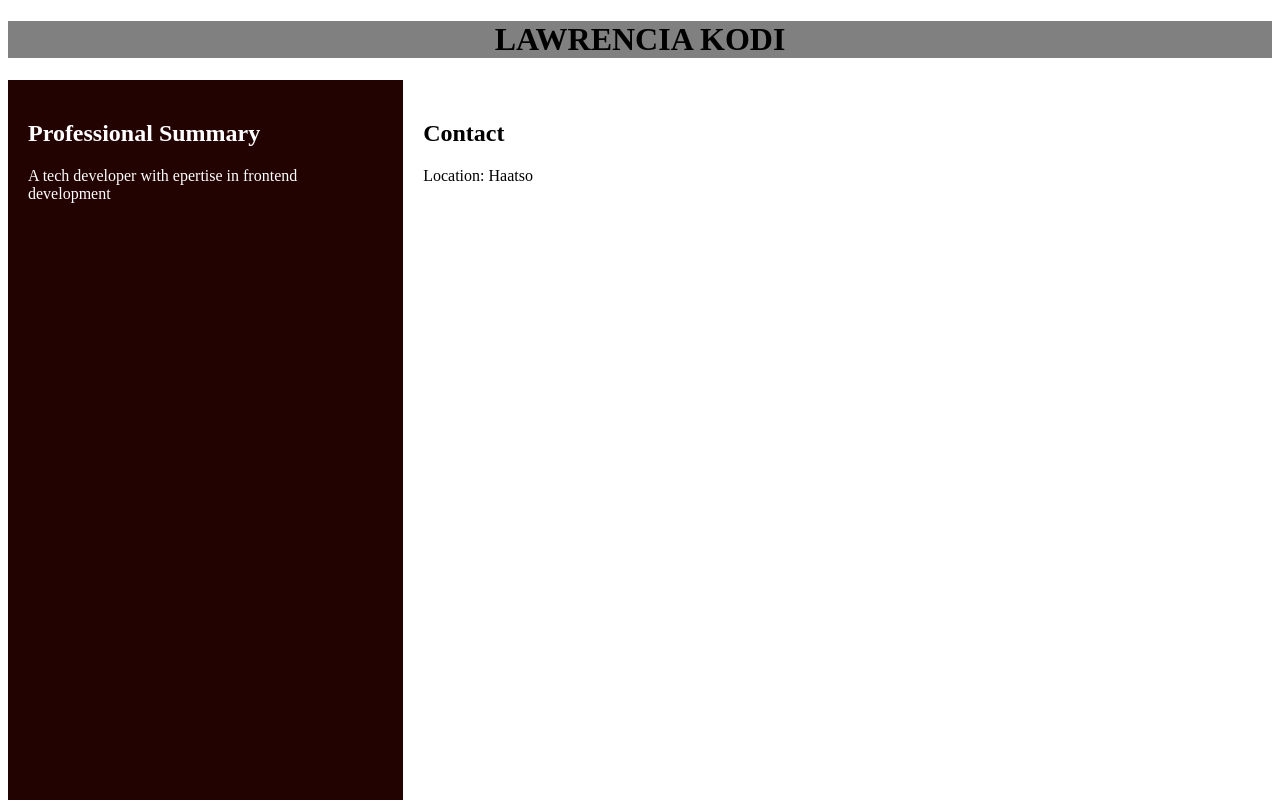
Repository: lawrencia-coder/T4G_CV
Page: index.html
The author's editor kept a copy of each file at every save. The page is drawn from the files as they stood at one save, then again after a run of saves.
The browser window is 1280 px wide. The pictures show the whole page.
Some web libraries are served in a nearby version.

Above is the page before, as saved 2026-07-09 07:29:40.

After the next 2 saves:
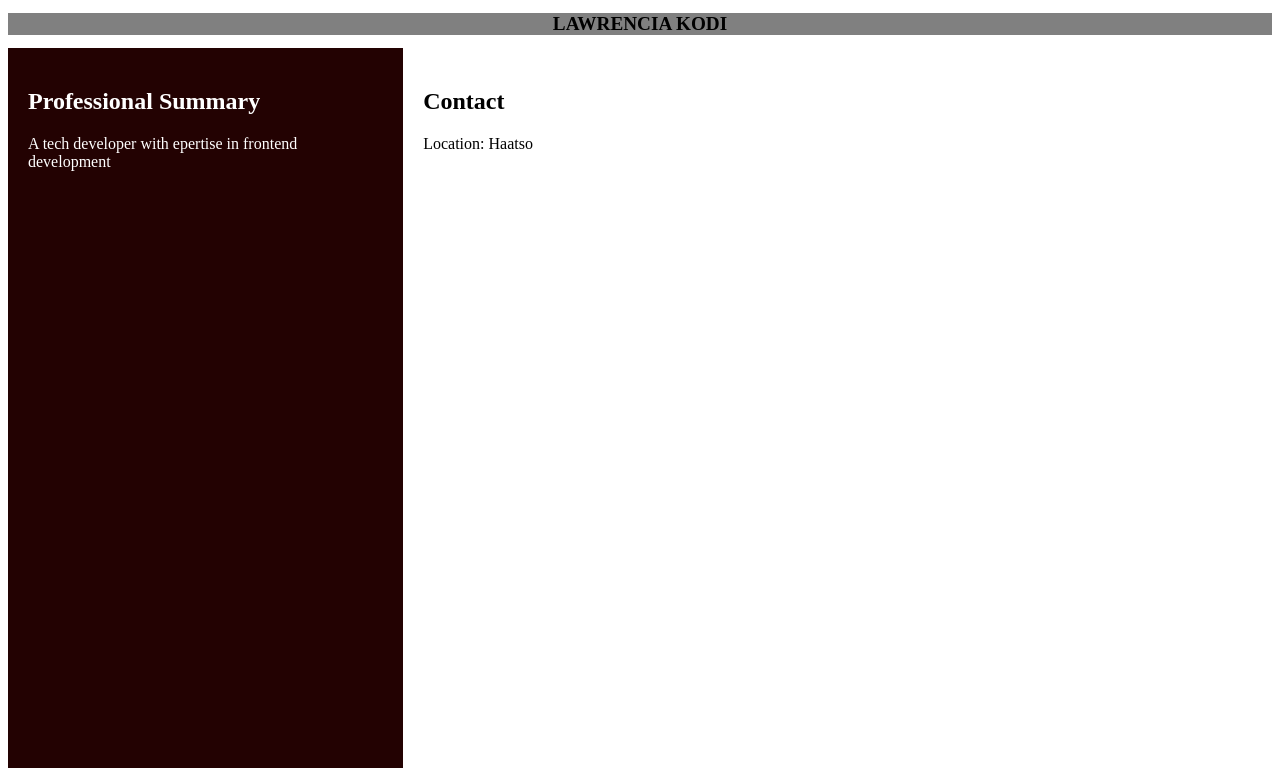
The 2 saves are shown as one change because they came seconds apart.
The last was saved 6 s later.
--- a/style.css
+++ b/style.css
@@ -3,7 +3,7 @@ h1{
     text-align: center;
     background-color: grey;
     border-width: 60px;
-    font
+    font-size: larger;
 
 }
 .cv-container{
